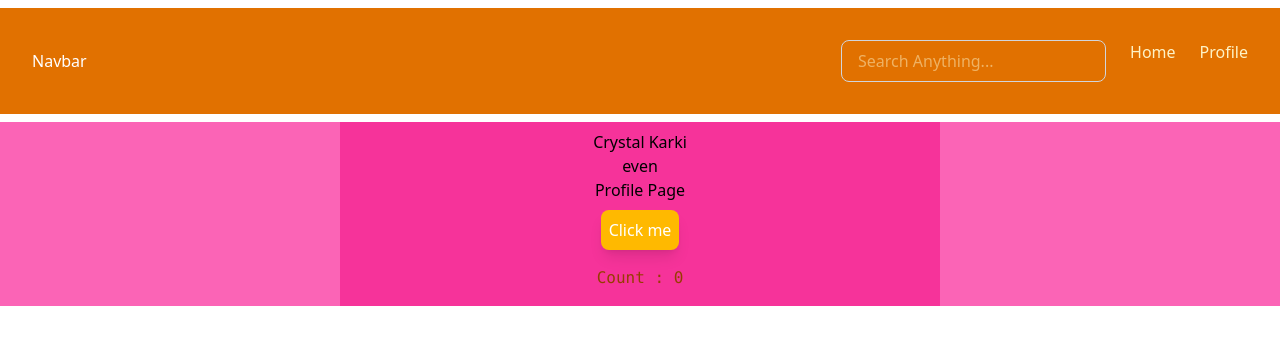
Repository: samit2059/CollegeReact
Page: / (app in react/collegereact/)
An editor plug-in stored every save of this project. The page is shown before and after the next save, followed by the edit.
The browser window is 1280 px wide. The pictures show the whole page.
The project was rebuilt for these pictures with package versions that can differ from the ones it lists, and the page was loaded fresh each time. Also part of the build but not shown: react/collegereact/vite.config.js, react/collegereact/src/App.jsx, react/collegereact/src/navbar.jsx, react/collegereact/src/Props Example/First.jsx, react/collegereact/src/Props Example/Second.jsx.

Above is the page before, as saved 2026-01-21 11:14:31.

After the next save:
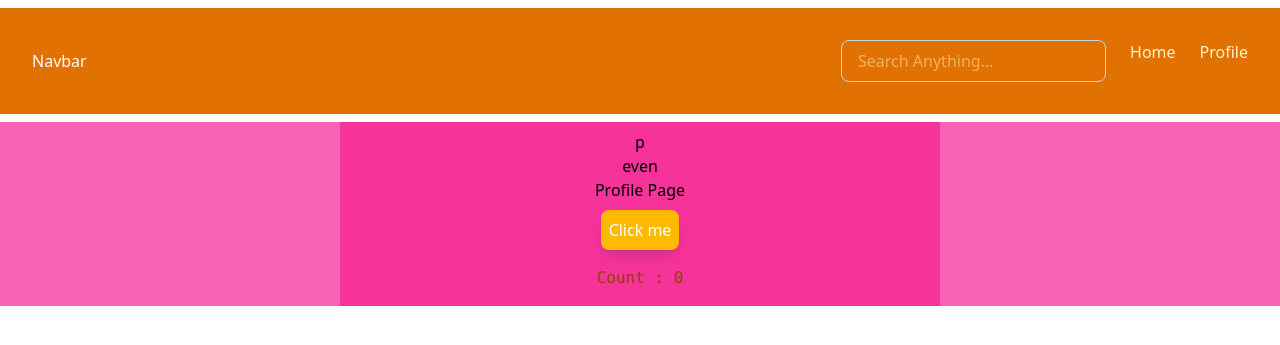
Saved 19 s later.
--- a/react/collegereact/src/StateExamples/profile.jsx
+++ b/react/collegereact/src/StateExamples/profile.jsx
@@ -5,7 +5,7 @@ let Profile = ({gretting}) =>{
     return (
         <div className="items-center justify-center bg-pink-400 text-center flex">
         <div className="p-2 bg-pink-500 w-[600px] items-center justify-center">
-            {gretting}
+            p
             {count%2 == 0 ? <h2>even</h2> : <h2>ODD</h2>}
             <h1>Profile Page</h1>
             <button onClick={() => setCount(count+1)} className="p-2 m-2 bg-amber-400 font-medium rounded-lg shadow-lg text-white">Click me</button>
